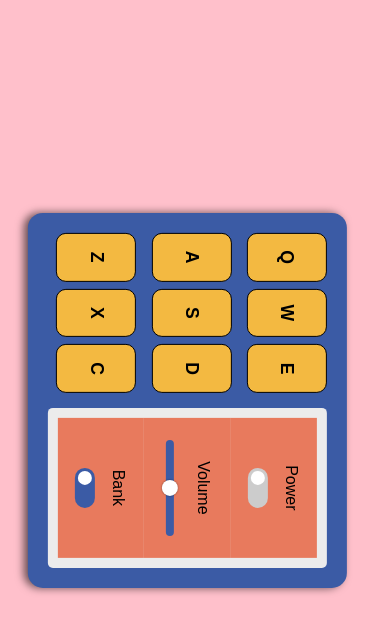
Repository: alfredoleano/drum-machine
Page: /
An editor plug-in stored every save of this project. The page is shown before and after the next save, followed by the edit.
The browser window is 375 px wide. The pictures show the whole page.
The project was rebuilt for these pictures with package versions that can differ from the ones it lists, and the page was loaded fresh each time.

Above is the page before, as saved 2024-06-13 19:51:59.

After the next save:
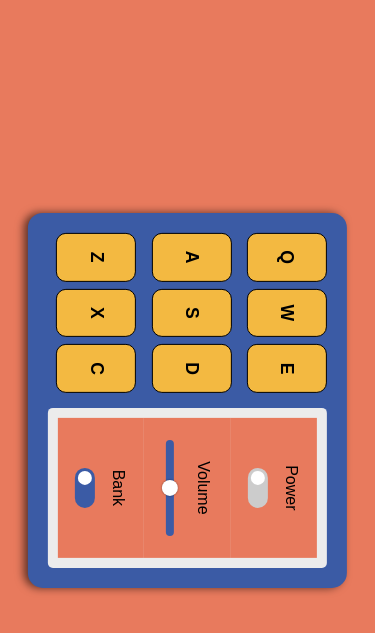
Saved 94 s later.
--- a/src/styles.scss
+++ b/src/styles.scss
@@ -246,7 +246,7 @@ input[type="range"]::-ms-track {
   #drum-machine {
     height: 100vh;
     width: 100vw;
-    background-color: pink;
+    // background-color: pink;
   }
 
   #display {
